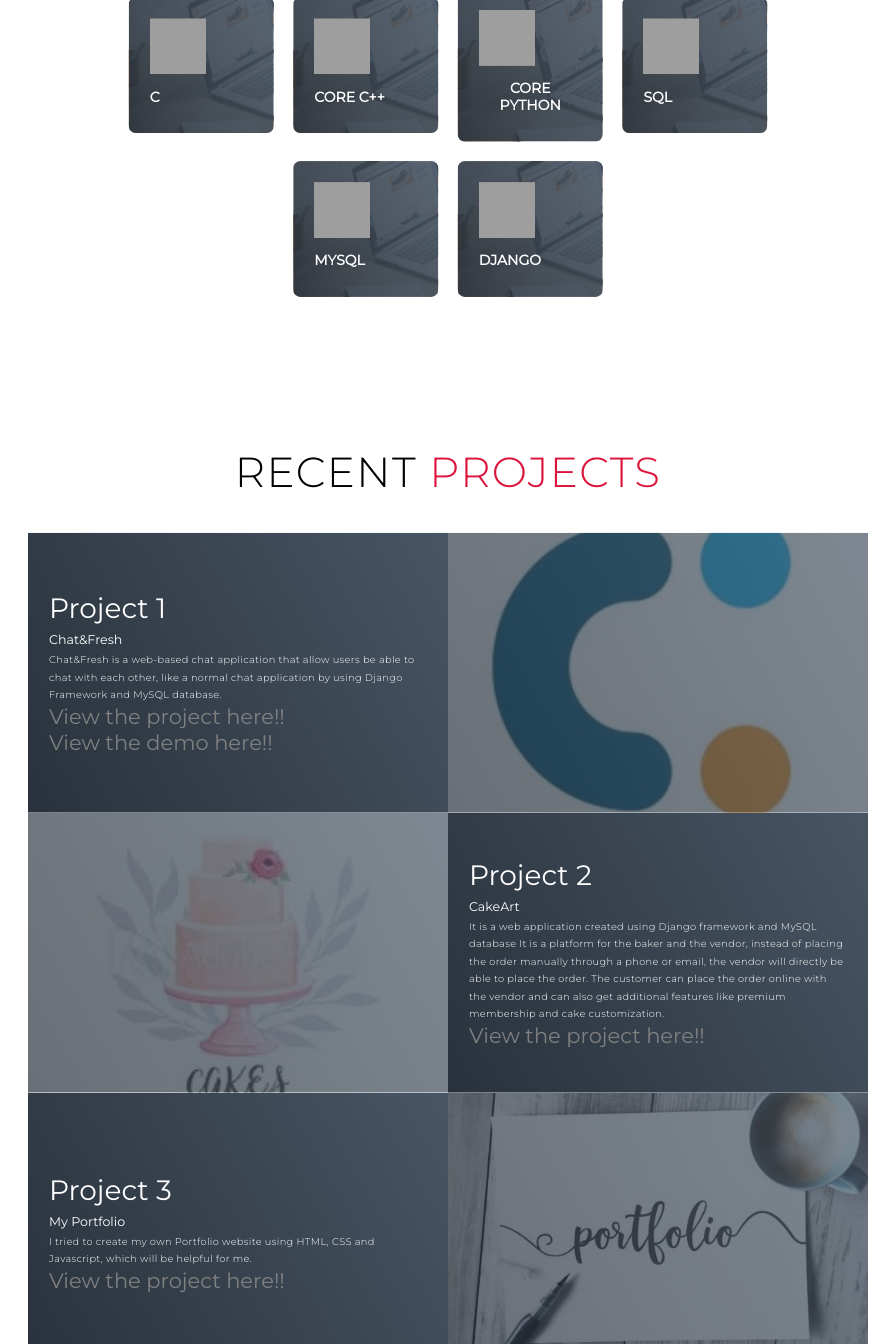
Repository: sanjana-poptani/sanjana-poptani.github.io
Page: index.html
An editor plug-in stored every save of this project. The page is shown before and after the next save, followed by the edit.
The browser window is 1280 px wide. The pictures show the part of the page from y = 983 to 2903 px (the page is 4684 px tall), at 70% of full size.
Pictures or frames that could not be fetched are drawn as grey boxes.

Above is the page before, as saved 2021-10-30 03:04:47.

### index.html
<!DOCTYPE html>
<html lang="en">
<head>
    <meta charset="UTF-8">
    <meta http-equiv="X-UA-Compatible" content="IE=edge">
    <meta name="viewport" content="width=device-width, initial-scale=1.0">
    <title>Sanjana Poptani</title>
    <link rel="stylesheet" href="style.css">
    <link rel="icon" href="images/newimg.jpg" type="image/x-icon">
</head>
<body>
    <!-- Header -->
  <section id="header">
    <div class="header container">
      <div class="nav-bar">
        <div class="brand">
          <a href="#hero">
            <h1><span>P</span>optani <span>S</span>anjana</h1>
          </a>
        </div>
        <div class="nav-list">
          <div class="hamburger">
            <div class="bar"></div>
          </div>
          <ul>
            <li><a href="#hero" data-after="Home">Home</a></li>
            <li><a href="#services" data-after="Service">Skills</a></li>
            <li><a href="#projects" data-after="Projects">Projects</a></li>
            <li><a href="#about" data-after="About">About</a></li>
            <li><a href="#contact" data-after="Contact">Contact</a></li>
          </ul>
        </div>
      </div>
    </div>
  </section>
  <!-- End Header -->

  <!-- Hero section  -->
    <section id="hero">
        <div class="hero container">
            <div>
                <h1>Hello,</h1>
                <h1>My Name is</h1>
                <h1>Sanjana</h1>
                <!-- <a href="#" type="button" class="cta">Portfolio</a> -->
            </div>
        </div>
    </section>
    <!-- end hero section  -->

 <!-- Service Section -->
 <section id="services">
    <div class="services container">
      <div class="service-top">
        <h1 class="section-title">My <span>Skills</span></h1>
      </div>
      <div class="service-bottom">
        <div class="service-item">
          <div class="icon"><img src="https://img.icons8.com/bubbles/100/000000/services.png" /></div>
          <h2>C</h2>
        </div>
        <div class="service-item">
          <div class="icon"><img src="https://img.icons8.com/bubbles/100/000000/services.png" /></div>
          <h2>Core C++</h2>
        </div>
        <div class="service-item">
          <div class="icon"><img src="https://img.icons8.com/bubbles/100/000000/services.png" /></div>
          <h2>Core Python</h2>
        </div>
        <div class="service-item">
          <div class="icon"><img src="https://img.icons8.com/bubbles/100/000000/services.png" /></div>
          <h2>SQL</h2>
        </div>
        <div class="service-item">
          <div class="icon"><img src="https://img.icons8.com/bubbles/100/000000/services.png" /></div>
          <h2>MySQL</h2>
        </div>
        <div class="service-item">
            <div class="icon"><img src="https://img.icons8.com/bubbles/100/000000/services.png" /></div>
            <h2>Django</h2>
          </div>
      </div>
    </div>
  </section>
  <!-- End Service Section -->

<!-- Projects Section -->
<section id="projects">
    <div class="projects container">
      <div class="projects-header">
        <h1 class="section-title">Recent <span>Projects</span></h1>
      </div>
      <div class="all-projects">
        <div class="project-item">
          <div class="project-info">
            <h1>Project 1</h1>
            <h2>Chat&Fresh</h2>
            <p>Chat&Fresh is a web-based chat application that allow users be
                able to chat with each other, like a normal chat application by using Django Framework and MySQL database.</p>
                <a href="https://github.com/sanjana-poptani/Chat-and-Fresh" style="text-decoration: none;font-size: 30px;color: gray;" target="blank"> View the project here!!</a>
                <a href="https://youtu.be/TArH2xCxA6k" style="text-decoration: none;font-size: 30px;color: gray;" target="blank"> View the demo here!!</a>

          </div>
          <div class="project-img">
            <img src="./images/logo2.jpG" alt="img">
          </div>
        </div>
        <div class="project-item">
          <div class="project-info">
            <h1>Project 2</h1>
            <h2>CakeArt</h2>
            <p>It is a web application created using Django framework and MySQL database
                It is a platform for the baker and the
                vendor, instead of placing the order manually through a phone or
                email, the vendor will directly be able to place the order. The
                customer can place the order online with the vendor and can also
                get additional features like premium membership and cake
                customization.</p>
                <a href="https://github.com/sanjana-poptani/cakeart" style="text-decoration: none;font-size: 30px;color: gray;" target="blank"> View the project here!!</a>
          </div>
          <div class="project-img">
            <img src="./images/cakeart3.jpg" alt="img">
          </div>
        </div>
        <div class="project-item">
          <div class="project-info">
            <h1>Project 3</h1>
            <h2>My Portfolio</h2>
            <p>I tried to create my own Portfolio website using HTML, CSS and Javascript, which will
                be helpful for me.
            </p>
            <a href="#" style="text-decoration: none;font-size: 30px;color: gray;" target="blank"> View the project here!!</a>
          </div>
          <div class="project-img">
            <img src="./images/portfolio.jpeg" alt="img">
          </div>
        </div>
    </div>
  </section>
  <!-- End Projects Section -->

  <!-- About Section -->
  <section id="about">
    <div class="about container">
      <div class="col-left">
        <div class="about-img">
          <img src="./images/pic.jpg" style="margin-left: -80px;border: 5px solid black;" alt="img">
        </div>
      </div>
      <div class="col-right">
        <h1 class="section-title">About <span>me</span></h1>
        <p>I am a student, currently pursuing Master of Science,
            in Information Technology MSc-IT at Dhirubhai Ambani Institute of
            Information and Communication Technology DAIICT, Gandhinagar.
            I am from Ahmedabad, Gujarat.
            I had majorly worked on Django-based web projects.
            I believe in - NEVER GIVE UP, BECAUSE GREAT THINGS TAKE TIME.
            I love to code, majorly on backend side of any application,
            and also like to spend my free time in Coding,
     Drawing,
     Doodling,
     Badminton,
     Chess and
    Writing Poems. </p>
        <a href="https://drive.google.com/file/d/17cjaamLYTJtOhoxON5ZoesZKUgztfBiJ/view?usp=sharing" target="blank" class="cta">Download Resume</a>
      </div>
    </div>
  </section>
  <!-- End About Section -->

  <!-- Contact Section -->
  <section id="contact">
    <div class="contact container">
      <div>
        <h1 class="section-title">Contact <span>info</span></h1>
      </div>
      <div class="contact-items">
        <div class="contact-item">
          <div class="icon"><img src="https://img.icons8.com/bubbles/100/000000/phone.png" /></div>
          <div class="contact-info">
            <h1>Phone</h1>
            <h2>+91 991 369 0026</h2>
          </div>
        </div>
        <div class="contact-item">
          <div class="icon"><img src="https://img.icons8.com/bubbles/100/000000/new-post.png" /></div>
          <div class="contact-info">
            <h1>Email</h1>
            <h2>sanjanapoptani54@gmail.com</h2>
          </div>
        </div>

    </div>
  </section>
  <!-- End Contact Section -->

  <!-- Footer -->
  <section id="footer">
    <div class="footer container">
      <div class="brand">
        <h1><span>P</span>optani <span>S</span>anjana</h1>
      </div>
      <div class="social-icon">
        <div class="social-item">
          <a href="https://www.facebook.com/sanjana.poptani" target="blank"><img src="https://img.icons8.com/bubbles/100/000000/facebook-new.png" /></a>
        </div>
        <div class="social-item">
          <a href="https://www.instagram.com/s_art_and_poems1171/" target="blank"><img src="https://img.icons8.com/bubbles/100/000000/instagram-new.png" /></a>
        </div>
        <div class="social-item">
          <a href="https://www.linkedin.com/in/sanjana-poptani-082958177/" target="blank"><img src="https://img.icons8.com/bubbles/100/000000/linkedin.png" /></a>
        </div>
        <div class="social-item">
          <a href="https://github.com/sanjana-poptani" target="blank"><img src="https://img.icons8.com/bubbles/100/000000/github.png" /></a>
        </div>
      </div>

    </div>
  </section>
  <!-- End Footer -->
  <script src="./app.js"></script>
</body>
</html>

### style.css
@import 'https://fonts.googleapis.com/css?family=Montserrat:300, 400, 700&display=swap';
* {
	padding: 0;
	margin: 0;
	box-sizing: border-box;
}
html {
	font-size: 10px;
	font-family: 'Montserrat', sans-serif;
	scroll-behavior: smooth;
}
a {
	text-decoration: none;
}
.container {
	min-height: 100vh;
	width: 100%;
	display: flex;
	align-items: center;
	justify-content: center;
}
img {
	height: 100%;
	width: 100%;
	object-fit: cover;
}
p {
	color: black;
	font-size: 1.4rem;
	margin-top: 5px;
	line-height: 2.5rem;
	font-weight: 300;
	letter-spacing: 0.05rem;
}
.section-title {
	font-size: 4rem;
	font-weight: 300;
	color: black;
	margin-bottom: 10px;
	text-transform: uppercase;
	letter-spacing: 0.2rem;
	text-align: center;
}
.section-title span {
	color: crimson;
}

.cta {
	display: inline-block;
	padding: 10px 30px;
	color: white;
	background-color: transparent;
	border: 2px solid crimson;
	font-size: 2rem;
	text-transform: uppercase;
	letter-spacing: 0.1rem;
	margin-top: 30px;
	transition: 0.3s ease;
	transition-property: background-color, color;
}
.cta:hover {
	color: white;
	background-color: crimson;
}
.brand h1 {
	font-size: 3rem;
	text-transform: uppercase;
	color: white;
}
.brand h1 span {
	color: crimson;
}

/* Header section */
#header {
	position: fixed;
	z-index: 1000;
	left: 0;
	top: 0;
	width: 100vw;
	height: auto;
}
#header .header {
	min-height: 8vh;
	background-color: rgba(31, 30, 30, 0.24);
	transition: 0.3s ease background-color;
}
#header .nav-bar {
	display: flex;
	align-items: center;
	justify-content: space-between;
	width: 100%;
	height: 100%;
	max-width: 1300px;
	padding: 0 10px;
}
#header .nav-list ul {
	list-style: none;
	position: absolute;
	background-color: rgb(31, 30, 30);
	width: 100vw;
	height: 100vh;
	left: 100%;
	top: 0;
	display: flex;
	flex-direction: column;
	justify-content: center;
	align-items: center;
	z-index: 1;
	overflow-x: hidden;
	transition: 0.5s ease left;
}
#header .nav-list ul.active {
	left: 0%;
}
#header .nav-list ul a {
	font-size: 2.5rem;
	font-weight: 500;
	letter-spacing: 0.2rem;
	text-decoration: none;
	color: white;
	text-transform: uppercase;
	padding: 20px;
	display: block;
}
#header .nav-list ul a::after {
	content: attr(data-after);
	position: absolute;
	top: 50%;
	left: 50%;
	transform: translate(-50%, -50%) scale(0);
	color: rgba(240, 248, 255, 0.021);
	font-size: 13rem;
	letter-spacing: 50px;
	z-index: -1;
	transition: 0.3s ease letter-spacing;
}
#header .nav-list ul li:hover a::after {
	transform: translate(-50%, -50%) scale(1);
	letter-spacing: initial;
}
#header .nav-list ul li:hover a {
	color: crimson;
}
#header .hamburger {
	height: 60px;
	width: 60px;
	display: inline-block;
	border: 3px solid white;
	border-radius: 50%;
	position: relative;
	display: flex;
	align-items: center;
	justify-content: center;
	z-index: 100;
	cursor: pointer;
	transform: scale(0.8);
	margin-right: 20px;
}
#header .hamburger:after {
	position: absolute;
	content: '';
	height: 100%;
	width: 100%;
	border-radius: 50%;
	border: 3px solid white;
	animation: hamburger_puls 1s ease infinite;
}
#header .hamburger .bar {
	height: 2px;
	width: 30px;
	position: relative;
	background-color: white;
	z-index: -1;
}
#header .hamburger .bar::after,
#header .hamburger .bar::before {
	content: '';
	position: absolute;
	height: 100%;
	width: 100%;
	left: 0;
	background-color: white;
	transition: 0.3s ease;
	transition-property: top, bottom;
}
#header .hamburger .bar::after {
	top: 8px;
}
#header .hamburger .bar::before {
	bottom: 8px;
}
#header .hamburger.active .bar::before {
	bottom: 0;
}
#header .hamburger.active .bar::after {
	top: 0;
}
/* End Header section */

/* Hero Section */
#hero {
	background-image: url(./images/cover5.jpg);
	background-size: cover;
	background-position: top center;
	position: relative;
	z-index: 1;
}
#hero::after {
	content: '';
	position: absolute;
	left: 0;
	top: 0;
	height: 100%;
	width: 100%;
	background-color: black;
	opacity: 0.7;
	z-index: -1;
}
#hero .hero {
	max-width: 1200px;
	margin: 0 auto;
	padding: 0 50px;
	justify-content: flex-start;
}
#hero h1 {
	display: block;
	width: fit-content;
	font-size: 4rem;
	position: relative;
	color: transparent;
	animation: text_reveal 0.5s ease forwards;
	animation-delay: 1s;
}
#hero h1:nth-child(1) {
	animation-delay: 1s;
}
#hero h1:nth-child(2) {
	animation-delay: 2s;
}
#hero h1:nth-child(3) {
	animation: text_reveal_name 0.5s ease forwards;
	animation-delay: 3s;
}
#hero h1 span {
	position: absolute;
	top: 0;
	left: 0;
	height: 100%;
	width: 0;
	background-color: crimson;
	animation: text_reveal_box 1s ease;
	animation-delay: 0.5s;
}
#hero h1:nth-child(1) span {
	animation-delay: 0.5s;
}
#hero h1:nth-child(2) span {
	animation-delay: 1.5s;
}
#hero h1:nth-child(3) span {
	animation-delay: 2.5s;
}

/* End Hero Section */

/* Services Section */
#services .services {
	flex-direction: column;
	text-align: center;
	max-width: 1500px;
	margin: 0 auto;
	padding: 100px 0;
}
#services .service-top {
	max-width: 500px;
	margin: 0 auto;
}
#services .service-bottom {
	display: flex;
	align-items: center;
	justify-content: center;
	flex-wrap: wrap;
	margin-top: 50px;
}
#services .service-item {
	flex-basis: 80%;
	display: flex;
	align-items: flex-start;
	justify-content: center;
	flex-direction: column;
	padding: 30px;
	border-radius: 10px;
	background-image: url(./images/cover3.jpg);
	background-size: cover;
	margin: 10px 5%;
	position: relative;
	z-index: 1;
	overflow: hidden;
}
#services .service-item::after {
	content: '';
	position: absolute;
	left: 0;
	top: 0;
	height: 100%;
	width: 100%;
	background-image: linear-gradient(60deg, #29323c 0%, #485563 100%);
	opacity: 0.9;
	z-index: -1;
}
#services .service-bottom .icon {
	height: 80px;
	width: 80px;
	margin-bottom: 20px;
}
#services .service-item h2 {
	font-size: 2rem;
	color: white;
	margin-bottom: 10px;
	text-transform: uppercase;
}
#services .service-item p {
	color: white;
	text-align: left;
}
/* End Services Section */

/* Projects section */
#projects .projects {
	flex-direction: column;
	max-width: 1200px;
	margin: 0 auto;
	padding: 100px 0;
}
#projects .projects-header h1 {
	margin-bottom: 50px;
}
#projects .all-projects {
	display: flex;
	align-items: center;
	justify-content: center;
	flex-direction: column;
}
#projects .project-item {
	display: flex;
	align-items: center;
	justify-content: center;
	flex-direction: column;
	width: 80%;
	margin: 20px auto;
	overflow: hidden;
	border-radius: 10px;
}
#projects .project-info {
	padding: 30px;
	flex-basis: 50%;
	height: 100%;
	display: flex;
	align-items: flex-start;
	justify-content: center;
	flex-direction: column;
	background-image: linear-gradient(60deg, #29323c 0%, #485563 100%);
	color: white;
}
#projects .project-info h1 {
	font-size: 4rem;
	font-weight: 500;
}
#projects .project-info h2 {
	font-size: 1.8rem;
	font-weight: 500;
	margin-top: 10px;
}
#projects .project-info p {
	color: white;
}
#projects .project-img {
	flex-basis: 50%;
	height: 300px;
	overflow: hidden;
	position: relative;
}
#projects .project-img:after {
	content: '';
	position: absolute;
	left: 0;
	top: 0;
	height: 100%;
	width: 100%;
	background-image: linear-gradient(60deg, #29323c 0%, #485563 100%);
	opacity: 0.7;
}
#projects .project-img img {
	transition: 0.3s ease transform;
}
#projects .project-item:hover .project-img img {
	transform: scale(1.1);
}
/* End Projects section */

/* About Section */
#about .about {
	flex-direction: column-reverse;
	text-align: center;
	max-width: 1200px;
	margin: 0 auto;
	padding: 100px 20px;
}
#about .col-left {
	width: 250px;
	height: 360px;
}
#about .col-right {
	width: 100%;
}
#about .col-right h2 {
	font-size: 1.8rem;
	font-weight: 500;
	letter-spacing: 0.2rem;
	margin-bottom: 10px;
}
#about .col-right p {
	margin-bottom: 20px;
}
#about .col-right .cta {
	color: black;
	margin-bottom: 50px;
	padding: 10px 20px;
	font-size: 2rem;
}
#about .col-left .about-img {
	height: 100%;
	width: 100%;
	position: relative;
	border: 10px solid white;
}
#about .col-left .about-img::after {
	content: '';
	position: absolute;
	left: -33px;
	top: 19px;
	height: 98%;
	width: 98%;
	/* border: 7px solid black; */
	z-index: -1;
}
/* End About Section */

/* contact Section */
#contact .contact {
	flex-direction: column;
	max-width: 1200px;
	margin: 0 auto;
	width: 90%;
}
#contact .contact-items {
	/* max-width: 400px; */
	width: 100%;
}
#contact .contact-item {
	width: 80%;
	padding: 20px;
	text-align: center;
	border-radius: 10px;
	padding: 30px;
	margin: 30px;
	display: flex;
	justify-content: center;
	align-items: center;
	flex-direction: column;
	box-shadow: 0px 0px 18px 0 #0000002c;
	transition: 0.3s ease box-shadow;
}
#contact .contact-item:hover {
	box-shadow: 0px 0px 5px 0 #0000002c;
}
#contact .icon {
	width: 70px;
	margin: 0 auto;
	margin-bottom: 10px;
}
#contact .contact-info h1 {
	font-size: 2.5rem;
	font-weight: 500;
	margin-bottom: 5px;
}
#contact .contact-info h2 {
	font-size: 1.3rem;
	line-height: 2rem;
	font-weight: 500;
}
/*End contact Section */

/* Footer */
#footer {
	background-image: linear-gradient(60deg, #29323c 0%, #485563 100%);
}
#footer .footer {
	min-height: 200px;
	flex-direction: column;
	padding-top: 50px;
	padding-bottom: 10px;
}
#footer h2 {
	color: white;
	font-weight: 500;
	font-size: 1.8rem;
	letter-spacing: 0.1rem;
	margin-top: 10px;
	margin-bottom: 10px;
}
#footer .social-icon {
	display: flex;
	margin-bottom: 30px;
}
#footer .social-item {
	height: 50px;
	width: 50px;
	margin: 0 5px;
}
#footer .social-item img {
	filter: grayscale(1);
	transition: 0.3s ease filter;
}
#footer .social-item:hover img {
	filter: grayscale(0);
}
#footer p {
	color: white;
	font-size: 1.3rem;
}
/* End Footer */

/* Keyframes */
@keyframes hamburger_puls {
	0% {
		opacity: 1;
		transform: scale(1);
	}
	100% {
		opacity: 0;
		transform: scale(1.4);
	}
}
@keyframes text_reveal_box {
	50% {
		width: 100%;
		left: 0;
	}
	100% {
		width: 0;
		left: 100%;
	}
}
@keyframes text_reveal {
	100% {
		color: white;
	}
}
@keyframes text_reveal_name {
	100% {
		color: crimson;
		font-weight: 500;
	}
}
/* End Keyframes */

/* Media Query For Tablet */
@media only screen and (min-width: 768px) {
	.cta {
		font-size: 2.5rem;
		padding: 20px 60px;
	}
	h1.section-title {
		font-size: 6rem;
	}

	/* Hero */
	#hero h1 {
		font-size: 7rem;
	}
	/* End Hero */

	/* Services Section */
	#services .service-bottom .service-item {
		flex-basis: 45%;
		margin: 2.5%;
	}
	/* End Services Section */

	/* Project */
	#projects .project-item {
		flex-direction: row;
	}
	#projects .project-item:nth-child(even) {
		flex-direction: row-reverse;
	}
	#projects .project-item {
		height: 400px;
		margin: 0;
		width: 100%;
		border-radius: 0;
	}
	#projects .all-projects .project-info {
		height: 100%;
	}
	#projects .all-projects .project-img {
		height: 100%;
	}
	/* End Project */

	/* About */
	#about .about {
		flex-direction: row;
	}
	#about .col-left {
		width: 600px;
		height: 400px;
		padding-left: 60px;
	}
	#about .about .col-left .about-img::after {
		left: -45px;
		top: -14px;
		height: 100%;
		width: 99%;
		/* border: 10px solid black; */
	}
	#about .col-right {
		text-align: left;
		padding: 30px;
	}
	#about .col-right h1 {
		text-align: left;
	}
	/* End About */

	/* contact  */
	#contact .contact {
		flex-direction: column;
		padding: 100px 0;
		align-items: center;
		justify-content: center;
		min-width: 20vh;
	}
	#contact .contact-items {
		width: 100%;
		display: flex;
		flex-direction: row;
		justify-content: space-evenly;
		margin: 0;
	}
	#contact .contact-item {
		width: 30%;
		margin: 0;
		flex-direction: row;
	}
	#contact .contact-item .icon {
		height: 100px;
		width: 100px;
	}
	#contact .contact-item .icon img {
		object-fit: contain;
	}
	#contact .contact-item .contact-info {
		width: 100%;
		text-align: left;
		padding-left: 20px;
	}
	/* End contact  */
}
/* End Media Query For Tablet */

/* Media Query For Desktop */
@media only screen and (min-width: 1200px) {
	/* header */
	#header .hamburger {
		display: none;
	}
	#header .nav-list ul {
		position: initial;
		display: block;
		height: auto;
		width: fit-content;
		background-color: transparent;
	}
	#header .nav-list ul li {
		display: inline-block;
	}
	#header .nav-list ul li a {
		font-size: 1.8rem;
	}
	#header .nav-list ul a:after {
		display: none;
	}
	/* End header */

	#services .service-bottom .service-item {
		flex-basis: 22%;
		margin: 1.5%;
	}
}
/* End  Media Query For Desktop */

### app.js
const hamburger = document.querySelector('.header .nav-bar .nav-list .hamburger');
const mobile_menu = document.querySelector('.header .nav-bar .nav-list ul');
const menu_item = document.querySelectorAll('.header .nav-bar .nav-list ul li a');
const header = document.querySelector('.header.container');

hamburger.addEventListener('click', () => {
	hamburger.classList.toggle('active');
	mobile_menu.classList.toggle('active');
});

document.addEventListener('scroll', () => {
	var scroll_position = window.scrollY;
	if (scroll_position > 250) {
		header.style.backgroundColor = '#29323c';
	} else {
		header.style.backgroundColor = 'transparent';
	}
});

menu_item.forEach((item) => {
	item.addEventListener('click', () => {
		hamburger.classList.toggle('active');
		mobile_menu.classList.toggle('active');
	});
});

After the next save:
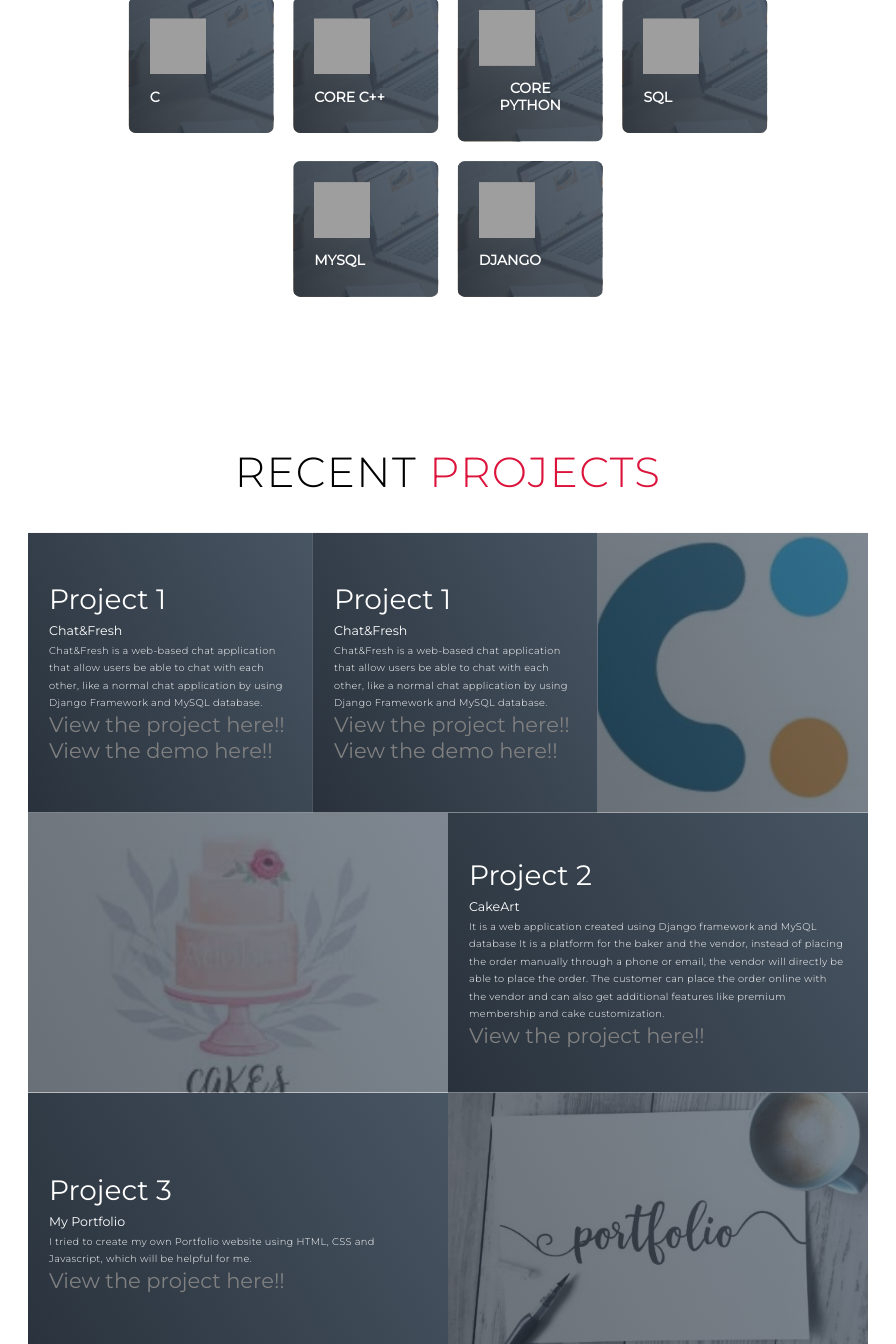
Saved 58 days later.
--- a/index.html
+++ b/index.html
@@ -101,6 +101,15 @@
                 <a href="https://youtu.be/TArH2xCxA6k" style="text-decoration: none;font-size: 30px;color: gray;" target="blank"> View the demo here!!</a>
 
           </div>
+          <div class="project-info">
+            <h1>Project 1</h1>
+            <h2>Chat&Fresh</h2>
+            <p>Chat&Fresh is a web-based chat application that allow users be
+                able to chat with each other, like a normal chat application by using Django Framework and MySQL database.</p>
+                <a href="https://github.com/sanjana-poptani/Chat-and-Fresh" style="text-decoration: none;font-size: 30px;color: gray;" target="blank"> View the project here!!</a>
+                <a href="https://youtu.be/TArH2xCxA6k" style="text-decoration: none;font-size: 30px;color: gray;" target="blank"> View the demo here!!</a>
+
+          </div>
           <div class="project-img">
             <img src="./images/logo2.jpG" alt="img">
           </div>
